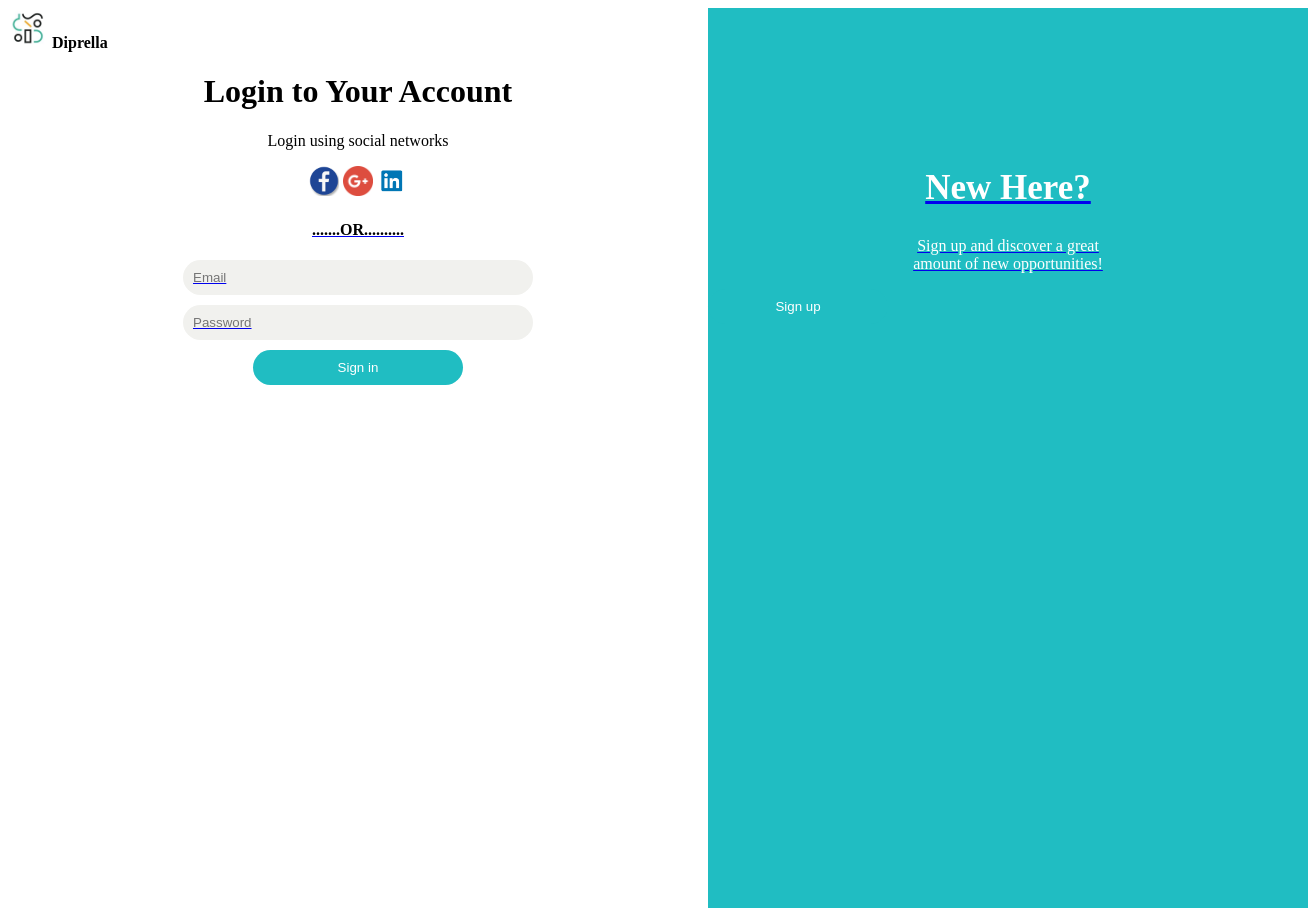
Repository: Tobby004/bdc-assignment-3
Page: task.html
The author's editor kept a copy of each file at every save. The page is drawn from the files as they stood at one save, then again after the next save.
The browser window is 1280 px wide. The page is 1308 px wide, so the pictures cover 1308 px, including what lies to the right of the window. The pictures show the whole page.

Above is the page before, as saved 2023-02-22 03:39:43.

### task.html
<!DOCTYPE html>
<html lang="en_us">
<head>
    <meta charset="UTF-8">
    <meta http-equiv="X-UA-Compatible" content="IE=edge">
    <meta name="viewport" content="width=device-width, initial-scale=1.0">
    <title>Document</title>
    <link rel="stylesheet" href="task.css">
</head>
<body>
    <div class="box-container">
        <div class="box1">
        <header id="logo"><img src="diprella.JPG"height="40px">
        <b>Diprella</b></header>
        <h1>Login to Your Account</h1>
        <p>Login using social networks</p>
        <div class="logo">
        <a href="#"><img src="facebook.png"</a>
        <a href="#"><img src="googe plus.png"</a>
        <a href="#"><img src="linkedin.png"</a>
        </div>
        <h4>.......OR..........</h4>
        <div class="form-input">
        <input type="text" placeholder="Email">
       <center></center> <input type="Password" placeholder="Password">
        <center><button>Sign in</button></center>
        </div>
        </div>
        <div class="box2">
        <div><h2>New Here?</h2></div>
        <p>Sign up and discover a great <br>amount of new opportunities!</p>
        <button>Sign up</button>
        </div>
    </div>
</body>
</html>

### task.css
* {
    box-sizing: border-box;
}
.box-container {
    display: flex;
    max-width: 1000px;
}
.box1 {
    height: 900px;
    max-width: 700px;
    width: 900%;
}
.box2{
    background-color: #20bdc2;
    width: 400%;
    height: 900px;
    max-width: 600px;
}
h1 {
    text-align: center;
}
p {
    text-align: center;
}
.logo img {
    height: 30px;
    text-align: center;
}
.logo a {
    text-decoration: none;
}
div .logo {
    text-decoration: none;
    text-align: center;
}
h4 {
    text-align: center;
    color: black;
    text-decoration: none;
}

input  {
  display: flex;
  background-color: rgb(241, 241, 238);
  max-width: 800px;
  width: 50%;
  padding: 10px;
  border: none;
  margin-bottom: 10px;
  border-radius: 20px;
  margin-left: auto;
  margin-right: auto;
}
 button {
    width: 30%;
    border-radius: 30px;
    border: none;
    padding: 10px;
    color: white;
    background-color: #20bdc2;
}
.box2 h2 {
    color: white;
}
div h2 {
    text-align: center;
    margin-top: auto;
    padding-top: 160px;
    font-size: 35px;
}
.box2 p {
    color: white;

}

After the next save:
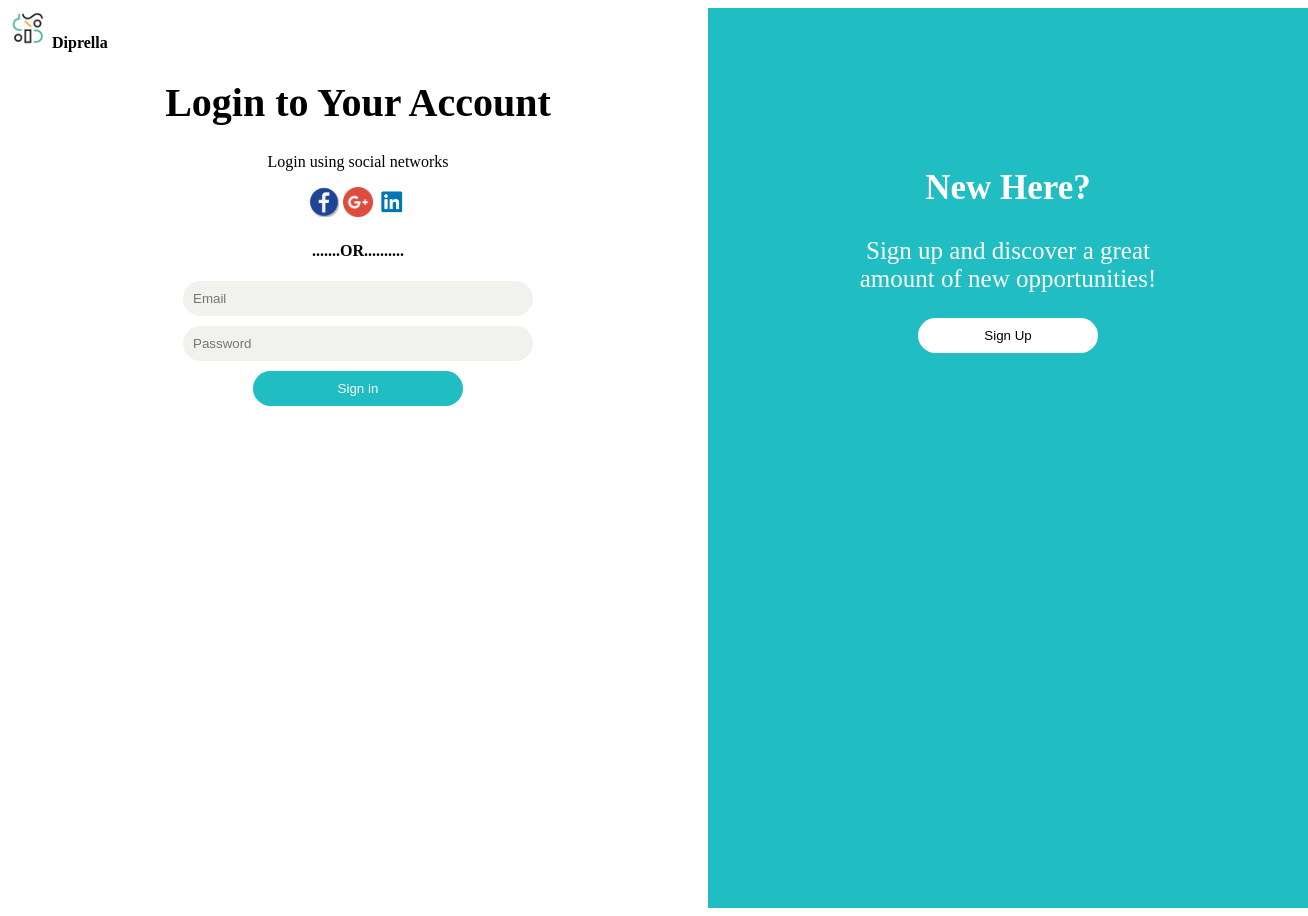
Saved 6 min 3 s later.
--- a/task.html
+++ b/task.html
@@ -29,7 +29,7 @@
         <div class="box2">
         <div><h2>New Here?</h2></div>
         <p>Sign up and discover a great <br>amount of new opportunities!</p>
-        <button>Sign up</button>
+        <center><button>Sign Up</button></center>
         </div>
     </div>
 </body>
--- a/task.css
+++ b/task.css
@@ -12,12 +12,13 @@
 }
 .box2{
     background-color: #20bdc2;
-    width: 400%;
+    width: 300%;
     height: 900px;
     max-width: 600px;
 }
 h1 {
     text-align: center;
+    font-size: 40px;
 }
 p {
     text-align: center;
@@ -32,6 +33,9 @@ p {
 div .logo {
     text-decoration: none;
     text-align: center;
+}
+div a {
+    text-decoration: none;
 }
 h4 {
     text-align: center;
@@ -70,5 +74,9 @@ div h2 {
 }
 .box2 p {
     color: white;
-
+    font-size: 25px;
 }
+.box2 button{
+    color: black;
+    background-color: white;
+}
